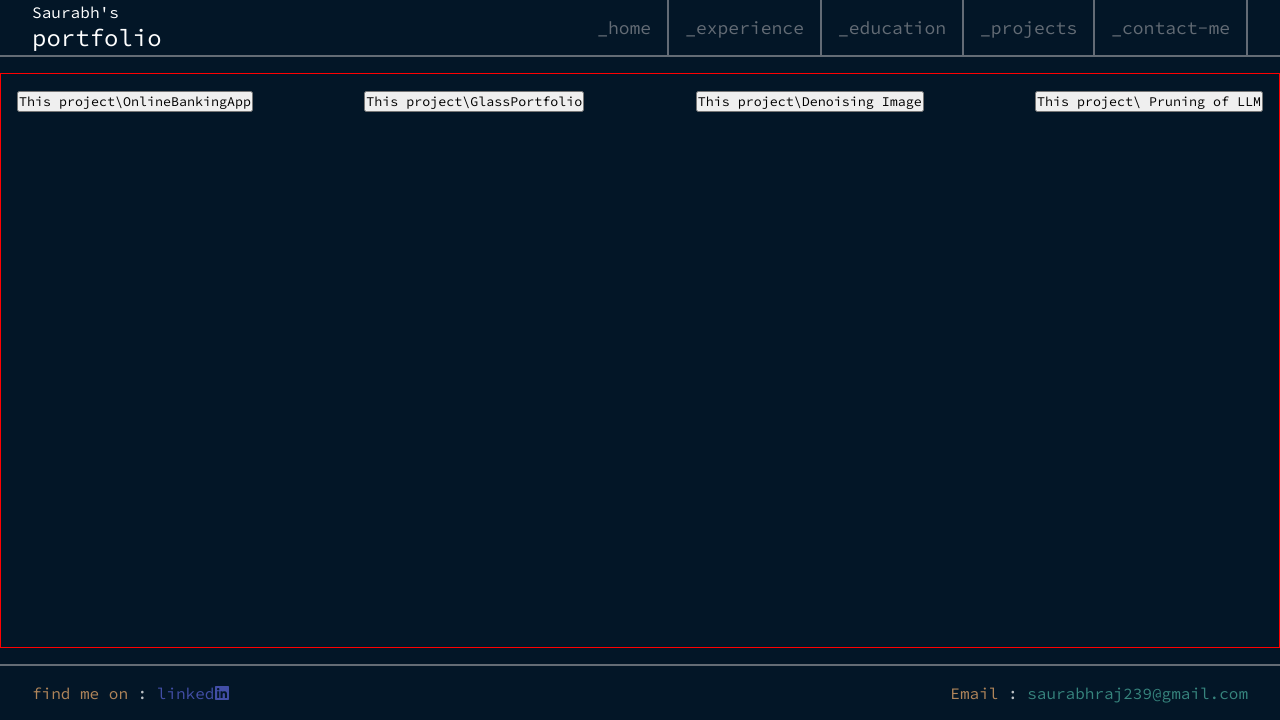
Repository: saurabhraj23/FrontendReactPortfolio
Page: /projects
An editor plug-in stored every save of this project. The page is shown before and after the next save, followed by the edit.
The browser window is 1280 px wide. The pictures show the whole page.
The project was rebuilt for these pictures with package versions that can differ from the ones it lists, and the page was loaded fresh each time. Also part of the build but not shown: vite.config.js, src/components/Education.jsx, src/components/Experience.jsx, src/components/Contacts.jsx, src/styles/default-page.css, src/components/DefaultPage.jsx.

Above is the page before, as saved 2024-07-23 01:00:34.

After the next save:
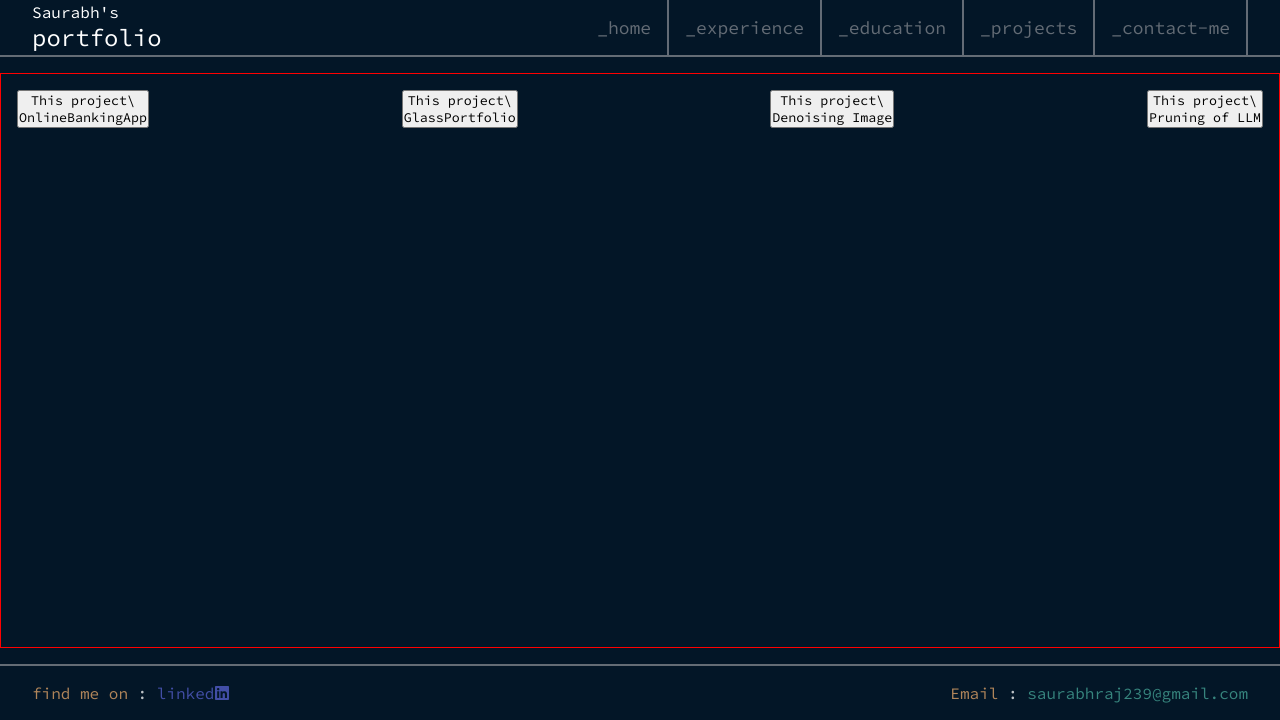
Saved 4 s later.
--- a/src/styles/project.css
+++ b/src/styles/project.css
@@ -10,5 +10,5 @@
   padding: 1rem;
 }
 .project-item>span:nth-of-type(2){
-  display: ;
+  display: flex
 }

After the save that followed:
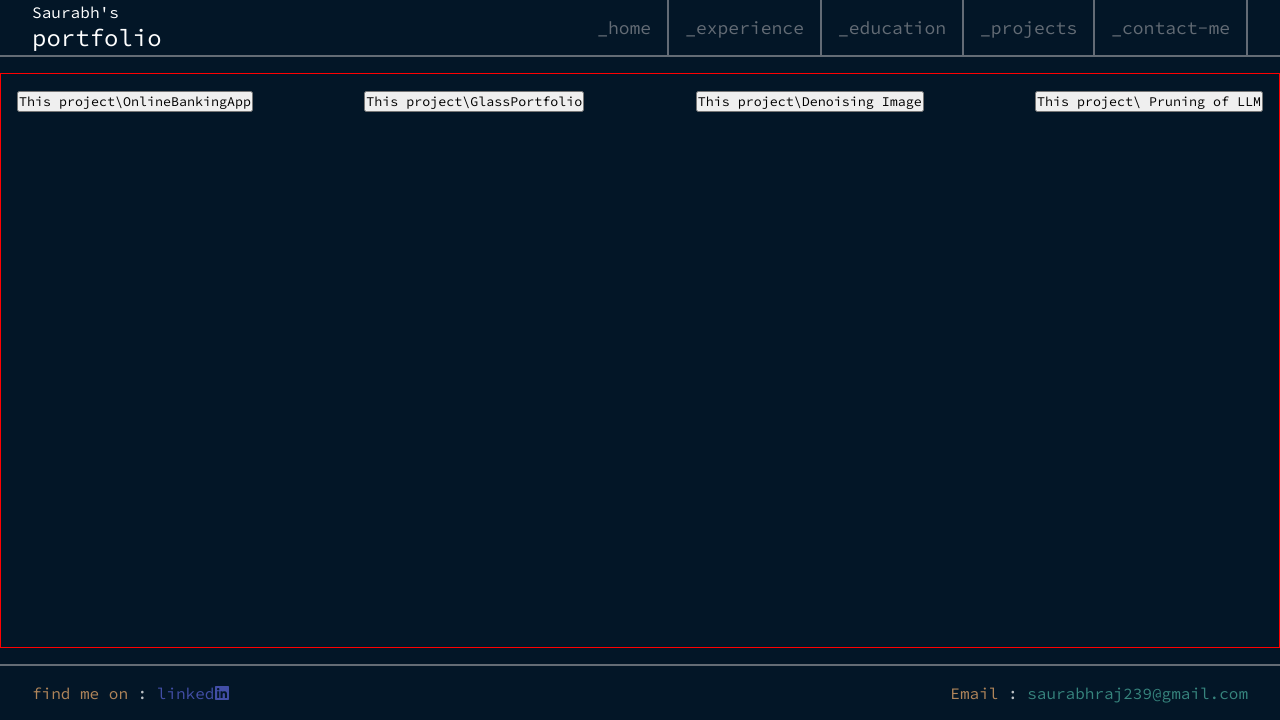
Saved 31 s later.
--- a/src/styles/project.css
+++ b/src/styles/project.css
@@ -10,5 +10,5 @@
   padding: 1rem;
 }
 .project-item>span:nth-of-type(2){
-  display: flex
+  display:
 }
